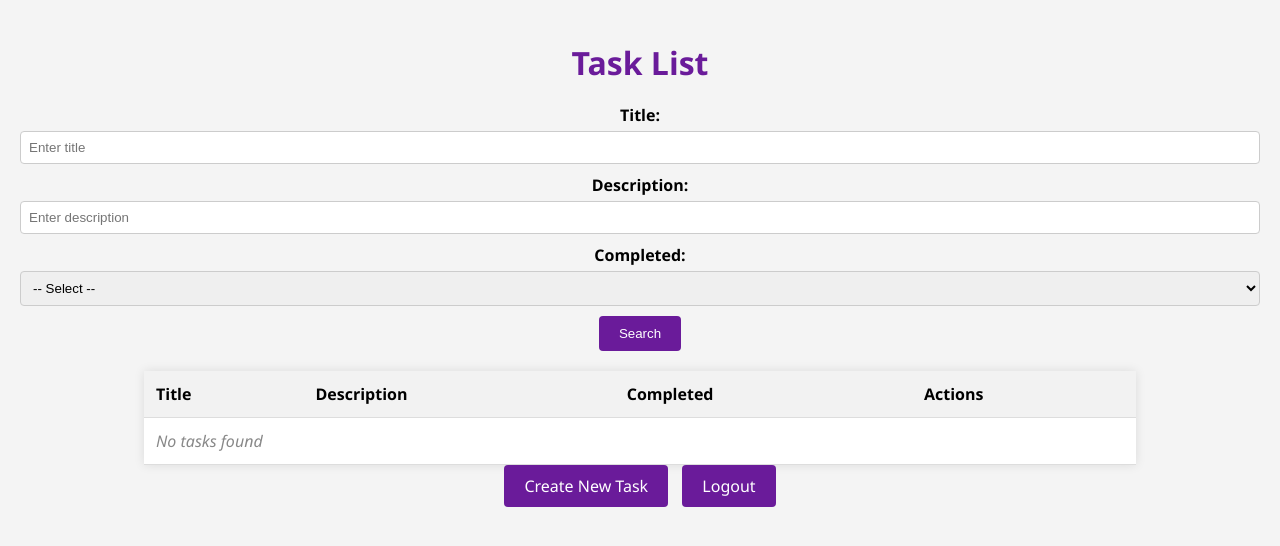
Repository: anchalsinghrajput/spring-MVC
Page: http://localhost/todoList/views/taskList.jsp
These files come from the project's save history. The page is drawn as it stood at one moment and after the next save; the edit follows.
The browser window is 1280 px wide. The pictures show the whole page.
The page is served by Tomcat 10.

Above is the page before, as saved 2023-11-16 08:07:17.

After the next save:
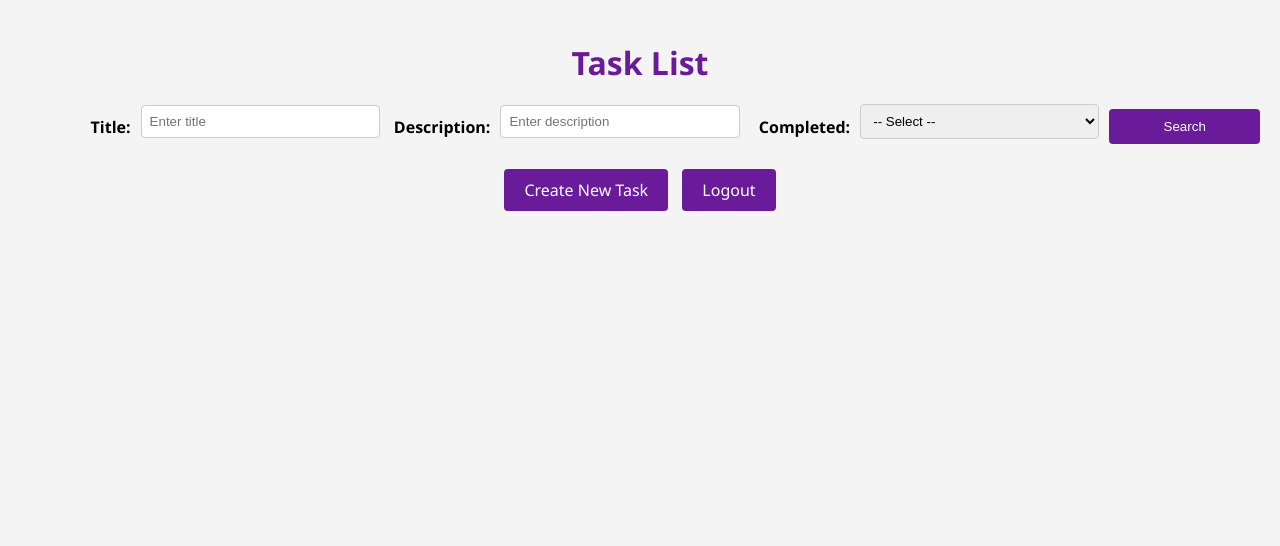
Saved 2 min 20 s later.
--- a/todoList/src/main/webapp/views/taskList.jsp
+++ b/todoList/src/main/webapp/views/taskList.jsp
@@ -2,6 +2,7 @@
 <%@ page import="java.util.List" %>
 <%@ page import="com.infosys.anchal.todoList.entity.Task" %>
 <%@ page import="java.util.ArrayList" %>
+
 <!DOCTYPE html>
 <html>
 <head>
@@ -20,15 +21,19 @@
         }
         form {
             margin-bottom: 20px;
+            display: flex;
+            justify-content: space-between;
+            align-items: center;
         }
         form label {
-            display: block;
-            margin-bottom: 5px;
+            flex: 1;
+            text-align: right;
+            margin-right: 10px;
             font-weight: bold;
         }
         form input[type="text"],
         form select {
-            width: 100%;
+            flex: 2;
             padding: 8px;
             margin-bottom: 10px;
             border: 1px solid #ccc;
@@ -36,6 +41,7 @@
             box-sizing: border-box;
         }
         form button {
+            flex: 1;
             padding: 10px 20px;
             color: #fff;
             background-color: #6a1b9a;
@@ -43,6 +49,7 @@
             border-radius: 4px;
             cursor: pointer;
             transition: background-color 0.3s ease;
+            margin-left: 10px;
         }
         form button:hover {
             background-color: #9c27b0;
@@ -98,46 +105,23 @@
 
     <form action="/tasks/search" method="get">
         <label for="title">Title:</label>
-        <input type="text" id="title" name="title" placeholder="Enter title"><br>
+        <input type="text" id="title" name="title" placeholder="Enter title">
 
         <label for="description">Description:</label>
-        <input type="text" id="description" name="description" placeholder="Enter description"><br>
+        <input type="text" id="description" name="description" placeholder="Enter description">
 
         <label for="completed">Completed:</label>
         <select id="completed" name="completed">
             <option value="">-- Select --</option>
             <option value="true">Completed</option>
             <option value="false">Not Completed</option>
-        </select><br>
+        </select>
 
         <button type="submit">Search</button>
     </form>
 
     <table>
-        <tr>
-            <th>Title</th>
-            <th>Description</th>
-            <th>Completed</th>
-            <th>Actions</th>
-        </tr>
-
-        <% List<Task> userTasks = (List<Task>) request.getAttribute("userTasks");
-        if (userTasks != null && !userTasks.isEmpty()) {
-            for (Task task : userTasks) { %>
-                <tr>
-                    <td><%= task.getTitle() %></td>
-                    <td><%= task.getDescription() %></td>
-                    <td>
-                        <input type="checkbox" <%= task.isCompleted() ? "checked" : "" %>/>
-                    </td>
-                    <td class="action-links">
-                        <a href="/tasks/edit/<%= task.getId() %>" class="button">Edit</a>
-                        <a href="/tasks/delete/<%= task.getId() %>" class="button">Delete</a>
-                    </td>
-                </tr>
-        <% } } else { %>
-                <tr><td colspan='4' class='no-tasks'>No tasks found</td></tr>
-        <% } %>
+        <!-- ... Your table content ... -->
     </table>
 
     <a href="/tasks/create" class="button">Create New Task</a>
